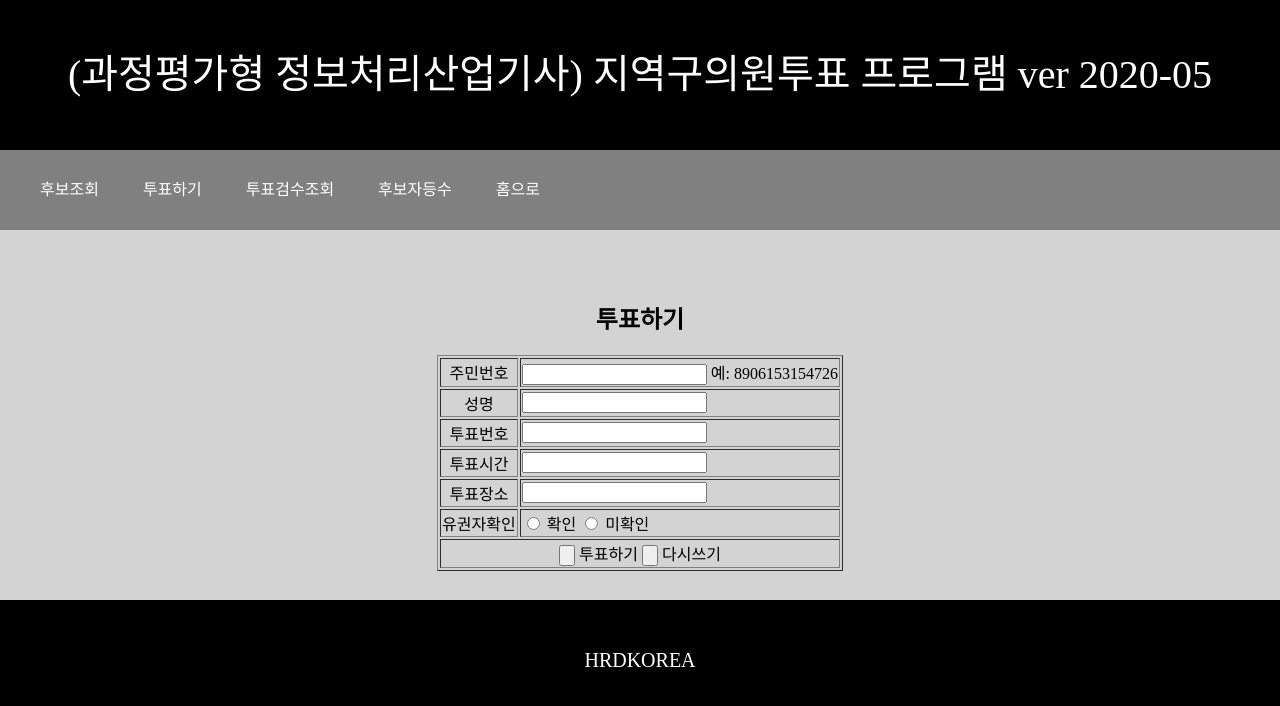
Repository: junhee97/-
Page: http://localhost/HRD_03/vote.jsp
These files come from the project's save history. The page is drawn as it stood at one moment and after the next save; the edit follows.
The browser window is 1280 px wide. The pictures show the whole page.
The page is served by Tomcat 9.

Above is the page before, as saved 2025-08-14 12:41:52.

### HRD_03/WebContent/vote.jsp
<%@ page language="java" contentType="text/html; charset=UTF-8"
    pageEncoding="UTF-8"%>
<!DOCTYPE html PUBLIC "-//W3C//DTD HTML 4.01 Transitional//EN" "http://www.w3.org/TR/html4/loose.dtd">
<html>
<head>
<meta http-equiv="Content-Type" content="text/html; charset=UTF-8">
<title>Insert title here</title>
</head>
<body>

<jsp:include page="header.jsp"></jsp:include>

<section style="position: fixed; top: 230px; left: 0px; width: 100%; height: 100%; background-color: lightgray;">
<h2 style="text-align: center; padding-top: 50px;">투표하기</h2>

<form style = "display: flex; align-items: center; justify-content: center; ">
	<table border = "1">
		<tr>
			<td style = "text-align: center;">주민번호</td>
			<td>
				<input type = "text"> 예: 8906153154726
			</td>
		</tr>
		<tr>
			<td style = "text-align: center;">성명</td>
			<td>
				<input type = "text">
			</td>
		</tr>
		<tr>
			<td style = "text-align: center;">투표번호</td>
			<td>
				<input type = "">
			</td>
		</tr>
		<tr>
			<td style = "text-align: center;">투표시간</td>
			<td>
				<input type = "text">
			</td>
		</tr>
		<tr>
			<td style = "text-align: center;">투표장소</td>
			<td>
				<input type = "text">
			</td>
		</tr>
		<tr>
			<td style = "text-align: center;">유권자확인</td>
			<td>
				<input type = "radio"> 확인
				<input type = "radio"> 미확인
			</td>
		</tr>
		<tr>
			<td colspan="2" style = "text-align: center;">
				<input type = "button"> 투표하기
				<input type = "button"> 다시쓰기
			</td>
		</tr>
	</table>
</form>

</section>

<jsp:include page="footer.jsp"></jsp:include>


</body>
</html>

### HRD_03/WebContent/header.jsp
<%@ page language="java" contentType="text/html; charset=UTF-8"
    pageEncoding="UTF-8"%>
<!DOCTYPE html PUBLIC "-//W3C//DTD HTML 4.01 Transitional//EN" "http://www.w3.org/TR/html4/loose.dtd">
<html>
<head>
<meta http-equiv="Content-Type" content="text/html; charset=UTF-8">
<title>Insert title here</title>

<style>
	a{
		text-decoration: none;
		color: white;
	}
</style>

</head>
<body>

	<header style="position:fixed; top:0px; left:0px; width:100%; height: 150px; line-height: 150px; background-color: black; color: white; text-align: center; font-size: 40px;">
		(과정평가형 정보처리산업기사) 지역구의원투표 프로그램 ver 2020-05
	</header>

	<nav style="position: fixed; top: 150px; left: 0px; width: 100%; height: 80px; line-height: 80px; background-color: gray; padding-left: 40px;">
		<a href="m_list.jsp">후보조회</a> &nbsp; &nbsp; &nbsp; &nbsp; &nbsp;
		<a href="vote.jsp">투표하기</a> &nbsp; &nbsp; &nbsp; &nbsp; &nbsp;
		<a href="v_list.jsp">투표검수조회</a> &nbsp; &nbsp; &nbsp; &nbsp; &nbsp;
		<a href="rank.jsp">후보자등수</a> &nbsp; &nbsp; &nbsp; &nbsp; &nbsp;
		<a href="index.jsp">홈으로</a>
	</nav>

</body>
</html>

### HRD_03/WebContent/footer.jsp
<%@ page language="java" contentType="text/html; charset=UTF-8"
    pageEncoding="UTF-8"%>
<!DOCTYPE html PUBLIC "-//W3C//DTD HTML 4.01 Transitional//EN" "http://www.w3.org/TR/html4/loose.dtd">
<html>
<head>
<meta http-equiv="Content-Type" content="text/html; charset=UTF-8">
<title>Insert title here</title>
</head>
<body>

	<footer style="position: fixed; bottom: 0px; left: 0px; width: 100%; height: 120px; line-height: 120px; text-align: center; background-color: black; color: white; font-size: 20px;">
		HRDKOREA
	</footer>

</body>
</html>

After the next save:
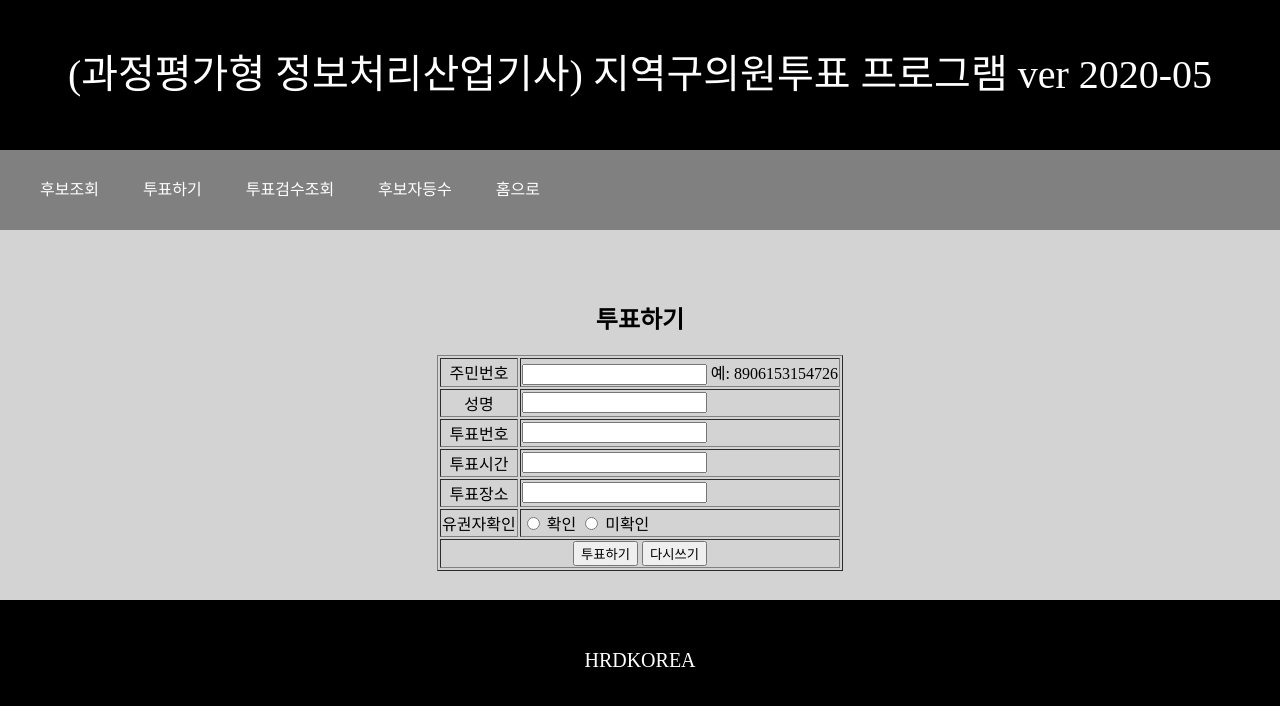
Saved 21 s later.
--- a/HRD_03/WebContent/vote.jsp
+++ b/HRD_03/WebContent/vote.jsp
@@ -54,8 +54,8 @@
 		</tr>
 		<tr>
 			<td colspan="2" style = "text-align: center;">
-				<input type = "button"> 투표하기
-				<input type = "button"> 다시쓰기
+				<input type = "button" value = "투표하기">
+				<input type = "button" value = "다시쓰기">
 			</td>
 		</tr>
 	</table>
